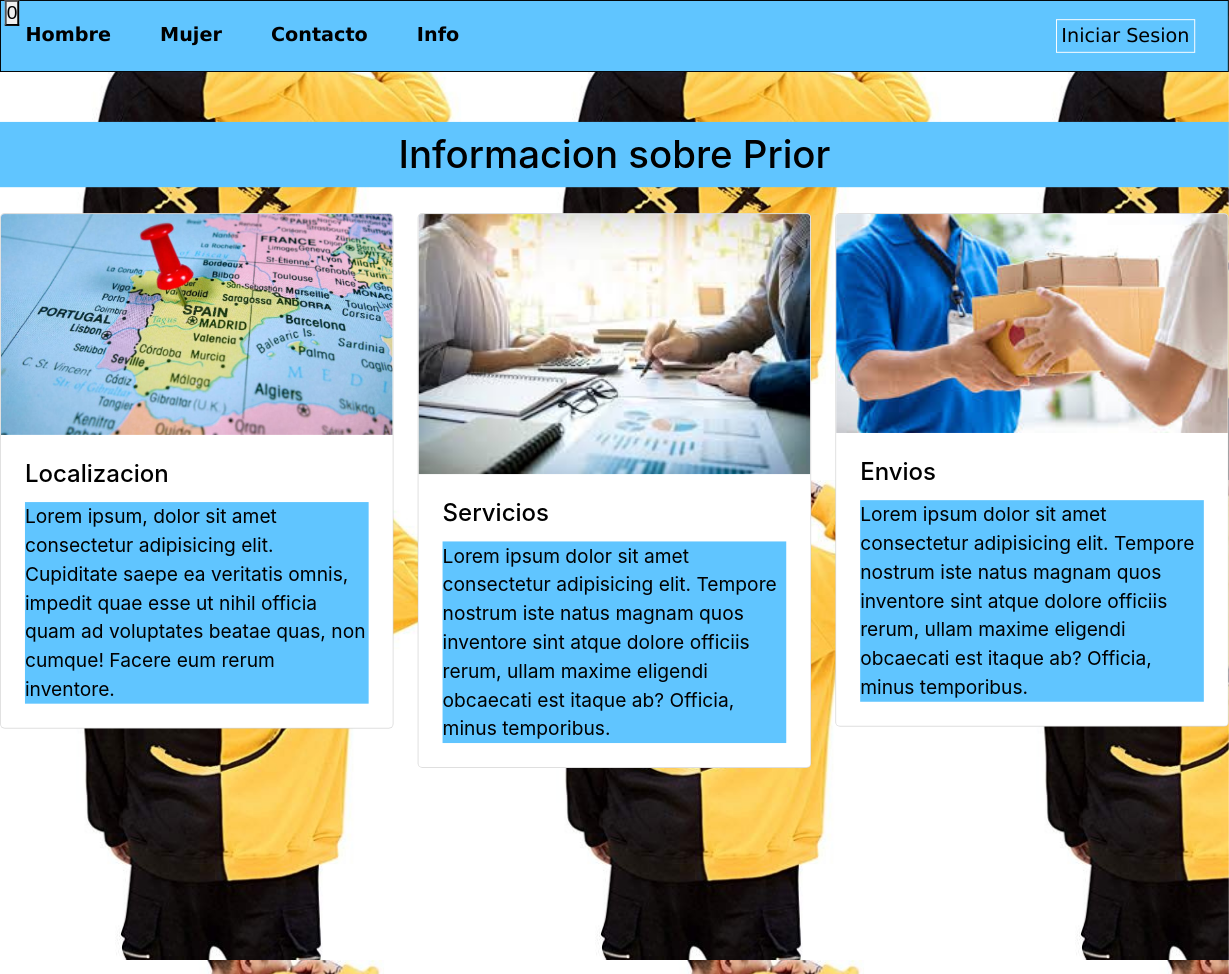
Repository: danilugones10/Proyecto
Page: info.html
The author's editor kept a copy of each file at every save. The page is drawn from the files as they stood at one save, then again after the next save.
The browser window is 1280 px wide. The pictures show the whole page, at 96% of full size.

Above is the page before, as saved 2021-03-08 19:06:58.

### info.html
<!DOCTYPE html>
<html lang="en">
<head>
    <meta charset="UTF-8">
    <meta name="viewport" content="width=device-width, initial-scale=1.0">
    <title>Document</title>
    <link rel="stylesheet" href="bootstrap-4.6.0-dist/css/bootstrap.min.css">
    <link rel="stylesheet" href="css/normalize.css">
    <link rel="stylesheet" href="css/style.css">
</head>
<body class="body">
    <header class="header">

    </header>

    <main class="main">
        <h1 class="color claro">Informacion sobre Prior</h1>
        <div class="card-columns">
            <div class="card">
              <img src="css/img/mapa.jpg" class="card-img-top" alt="...">
              <div class="card-body">
                <h5 class="card-title">Localizacion</h5>
                <p class="card-text">Lorem ipsum, dolor sit amet consectetur adipisicing elit. Cupiditate saepe ea veritatis omnis, impedit quae esse ut nihil officia quam ad voluptates beatae quas, non cumque! Facere eum rerum inventore.</p>
              </div>
            </div>
            <div class="card">
                <img src="css/img/servicios.jpg" class="card-img-top" alt="...">
                <div class="card-body">
                  <h5 class="card-title">Servicios</h5>
                  <p class="card-text">Lorem ipsum dolor sit amet consectetur adipisicing elit. Tempore nostrum iste natus magnam quos inventore sint atque dolore officiis rerum, ullam maxime eligendi obcaecati est itaque ab? Officia, minus temporibus.</p>
                </div>
              </div>
              <div class="card">
                <img src="css/img/envios.jpg" class="card-img-top" alt="...">
                <div class="card-body">
                  <h5 class="card-title">Envios</h5>
                  <p class="card-text">Lorem ipsum dolor sit amet consectetur adipisicing elit. Tempore nostrum iste natus magnam quos inventore sint atque dolore officiis rerum, ullam maxime eligendi obcaecati est itaque ab? Officia, minus temporibus.</p>
                </div>
              </div>
        </div>
    </main>

    <script src="js/menu.js"></script>
    <script src="js/oscuro.js"></script>
</body>
</html>

### css/style.css
:root {
  --base: #60c5ff;
  --texto: #000000;
  --nav: #ffffff;
}

.modoOscuro {
  --base: #093f5f;
  --texto: #ffffff;
  --nav: #000000;
}

.header {
  grid-column: 1/2;
  grid-row: 1/2;
  background-color: var(--nav);
  color: var(--texto);
  height: 75px;
}

.menu {
  height: 75px;
  border: 1px solid;
}

.menu__list {
  list-style: none;
  display: flex;
}

.menu__item {
  padding-top: 20px;
  padding-bottom: 23px;
  padding-right: 2%;
  padding-left: 2%;
  font-family: "Lucida Sans", "Lucida Sans Regular", "Lucida Grande", "Lucida Sans Unicode", Geneva, Verdana, sans-serif;
  font-weight: bold;
}

#oscuro {
  margin-left: 5px;
}

a {
  text-decoration: none;
  color: var(--texto);
}

.busqueda {
  display: none;
  position: absolute;
  width: 20%;
  right: 185px;
  top: 25px;
  height: 25px;
  border-radius: 10px;
  outline: none;
}

.inicio {
  position: absolute;
  top: 20px;
  right: 35px;
  background-color: var(--base);
  border: 1px solid white;
  padding: 5px;
  font-family: "Lucida Sans", "Lucida Sans Regular", "Lucida Grande", "Lucida Sans Unicode", Geneva, Verdana, sans-serif;
}
.inicio a {
  text-decoration: none;
}

.hamburguesa {
  position: absolute;
  top: 25px;
  right: 5px;
  cursor: pointer;
  display: none;
}

.inicio:hover {
  background-color: #A3E4D7;
}
.inicio:hover a {
  color: black;
}

.menu__item:hover {
  background-color: var(--base);
  color: var(--texto);
}
.menu__item:hover a {
  color: black;
}

@media (max-width: 767px) {
  .menu {
    background-color: var(--nav);
    height: 75px;
  }

  .menu__list {
    list-style: none;
    display: inline-block;
  }

  .menu__item {
    padding-top: 19px;
    padding-bottom: 20px;
    padding-right: 2%;
    padding-left: 2%;
    font-family: "Lucida Sans", "Lucida Sans Regular", "Lucida Grande", "Lucida Sans Unicode", Geneva, Verdana, sans-serif;
    visibility: hidden;
  }

  .menu__item:hover {
    width: 100px;
  }

  .busqueda {
    display: block;
    position: absolute;
    width: 35%;
    right: 200px;
    top: 25px;
    height: 25px;
    border-radius: 20px;
  }

  .inicio {
    position: absolute;
    top: 20px;
    right: 35px;
    border: 1px solid white;
    padding: 5px;
    font-family: "Lucida Sans", "Lucida Sans Regular", "Lucida Grande", "Lucida Sans Unicode", Geneva, Verdana, sans-serif;
  }
  .inicio a {
    text-decoration: none;
  }

  .hamburguesa {
    position: absolute;
    top: 25px;
    right: 5px;
    cursor: pointer;
    display: block;
  }

  .inicio:hover {
    background-color: #A3E4D7;
    color: black;
  }

  .menu__item:hover {
    background-color: var(--base);
    color: var(--texto);
  }
}
.main {
  grid-column: 1/2;
  grid-row: 2/3;
}

.section1 {
  display: flex;
  flex-flow: wrap;
  justify-content: space-around;
  width: 100%;
}
.section1 .section1-titulo {
  width: 400px;
  height: 400px;
  text-align: center;
}
.section1 .section1-titulo .section1-titulo__fondo .section1-titulo__h1 {
  font-size: 70px;
  font-family: "Courier New", Courier, monospace;
}
.section1 .section1-titulo .prior-img {
  opacity: 95%;
  width: 200px;
  height: 200px;
  border: 1px solid;
  transition: 1s;
}
.section1 .section1-titulo .prior-img:hover {
  transform: scale(1.3);
}
.section1 .section1-img {
  width: 460px;
  height: 400px;
  text-align: center;
  padding-top: 25px;
  margin-top: 20px;
}
.section1 .section1-img img {
  width: 400px;
  height: 350px;
  transition: 1s;
}
.section1 .section1-img img:hover {
  transform: scale(1.1);
}

.section2 {
  width: 100%;
  display: flex;
  justify-content: center;
  padding-top: 50px;
  color: white;
}
.section2 .section2-prior {
  border: 1px solid;
  width: 70%;
}

.section3 {
  width: 100%;
  display: flex;
  flex-wrap: wrap;
  color: white;
}
.section3 .section3-h1 {
  width: 100%;
  text-align: center;
}
.section3 .section3-imagenes {
  display: flex;
  flex-wrap: wrap;
  justify-content: space-around;
  width: 100%;
  text-align: center;
}
.section3 .section3-imagenes .section3-imagenes__contenedor {
  position: relative;
  border: 1px solid;
  padding-top: 5px;
  width: 250px;
  height: 230px;
}
.section3 .section3-imagenes .section3-imagenes__contenedor button {
  display: none;
}
.section3 .section3-imagenes .section3-imagenes__contenedor h3 {
  font-size: 20px;
}
.section3 .section3-imagenes .section3-imagenes__contenedor:hover .fondo {
  position: absolute;
  top: 0;
  left: 0;
  width: 100%;
  height: 100%;
  background-color: rgba(0, 0, 0, 0.6);
  z-index: 100;
}
.section3 .section3-imagenes .section3-imagenes__contenedor:hover button {
  display: inline;
  position: absolute;
  top: 40%;
  left: 30%;
}

.section4 {
  width: 100%;
  margin-top: 5px;
}
.section4 h1 {
  color: white;
  text-align: center;
}
.section4 .contenedor {
  margin: auto;
  margin-bottom: 20px;
  width: 400px;
  height: 350px;
  background-color: aquamarine;
  z-index: 100;
  position: relative;
  border: 1px solid;
}
.section4 .contenedor img {
  width: 100vw;
}
.section4 .contenedor .texto {
  background-color: var(--base);
  opacity: 75%;
  margin-top: -90px;
}
.section4 .contenedor .texto #nombreImagen {
  color: white;
  margin-left: 15px;
}
.section4 .contenedor .texto #precio {
  color: white;
  padding-top: 10px;
  margin-left: 15px;
}
.section4 .contenedor .texto #precio span {
  text-decoration: line-through;
}
.section4 .contenedor #flecha1 {
  content: "";
  position: absolute;
  border-right: 2vw solid gray;
  border-bottom: 2vw solid transparent;
  border-top: 2vw solid transparent;
  bottom: 45%;
  left: 0;
  cursor: pointer;
}
.section4 .contenedor #flecha2 {
  content: "";
  position: absolute;
  border-left: 2vw solid gray;
  border-bottom: 2vw solid transparent;
  border-top: 2vw solid transparent;
  bottom: 45%;
  right: 0;
  cursor: pointer;
}

.footer {
  grid-column: 1/2;
  grid-row: 3/4;
  color: var(--texto);
  background-color: var(--nav);
  border: 1px solid var(--base);
  height: 200px;
}

.grupo {
  display: flex;
}

.colum {
  text-align: center;
  width: 33.3%;
  height: 120px;
}

.colum h3 {
  margin-bottom: 0px;
  font-family: "Courier New", Courier, monospace;
}

.colum div {
  margin-top: 3px;
  font-size: 16px;
  font-family: "Times New Roman", Times, serif;
}

.fin {
  width: 100%;
}

.fin div {
  font-size: 16px;
  text-align: center;
}

.fin div span {
  position: absolute;
  right: 10px;
  font-size: 16px;
}

@media (max-width: 767px) {
  .fin {
    padding-top: 10px;
  }
}
.card_width {
  min-width: 400px;
  max-width: 33%;
}

.main p {
  color: var(--texto);
}
.main h5 {
  color: var(--texto);
}
.main .entrega {
  width: 70%;
  margin: auto;
}
.main .entrega p {
  padding: 10px;
  border-radius: 20px;
  border: 2px solid;
}
.main .pagos {
  width: 30%;
  min-width: 300px;
  margin: auto;
  border-radius: 20px;
  border: 2px solid;
  color: var(--texto);
  background-color: var(--base);
}
.main .pagos ul {
  list-style: none;
}
.main .pagos ul li {
  padding: 10px;
}

h1 {
  background-color: var(--base);
  color: var(--texto);
  padding: 10px;
  text-align: center;
}

p {
  color: var(--texto);
  background-color: var(--base);
}

.cuadro {
  display: flex;
  justify-content: space-around;
  flex-wrap: wrap;
}

.cajita {
  color: var(--texto);
  background-color: var(--base);
  min-width: 450px;
  height: 300px;
  margin-bottom: 10px;
}

.accordion .card {
  color: var(--texto);
  background-color: var(--base);
}
.accordion .card .card-body {
  background-color: rgba(0, 0, 0, 0.3);
}
.accordion .card button {
  color: var(--texto);
}

.contacto-form {
  height: 350px;
  margin: auto;
  width: 75%;
  color: var(--texto);
  background-color: var(--base);
}
.contacto-form fieldset {
  border: 1px solid;
}

.tabla {
  text-align: center;
  width: 90%;
  background-color: var(--base);
  margin: auto;
  margin-bottom: 10px;
}

th {
  color: var(--texto);
}

td {
  color: var(--texto);
}

.carrouselMujer {
  max-width: 500px;
  margin: auto;
  border: 1px solid;
}

.carousel-control-prev-icon {
  background-color: black;
}

.carousel-control-next-icon {
  background-color: black;
}

* {
  margin: 0;
  padding: 0;
  font-size: 20px;
}
* h1 {
  color: var(--texto);
}
* h5 {
  color: var(--texto);
}
* p {
  color: var(--texto);
}

body {
  display: grid;
  grid-template-columns: 100%;
  grid-template-rows: 100px auto 200px;
  background-image: url(img/sudadera_fondo.jpg);
}

#oscuro {
  position: absolute;
  top: 0;
  left: 0;
}

.color__claro {
  background-color: var(--base);
  color: var(--texto);
}

@media (max-width: 767px) {
  body {
    grid-template-rows: 350px auto 200px;
  }

  .main {
    margin-top: -250px;
  }
}

/*# sourceMappingURL=style.css.map */

### js/menu.js
const header=document.querySelector('.header');
const nav=document.createElement('nav');
nav.className="menu color__claro";
const ul=document.createElement('ul');
ul.className="menu__list";
const fragment=document.createDocumentFragment();

const bot=document.createElement('button');
bot.id="oscuro";
bot.textContent="0";
nav.appendChild(bot);

const li=document.createElement('li');
li.className="menu__item";
const a=document.createElement('a');
a.href="hombre.html";
a.textContent="Hombre";
li.appendChild(a)
fragment.appendChild(li);

const li2=document.createElement('li');
li2.textContent="Mujer";
li2.className="menu__item";
fragment.appendChild(li2);

const li3=document.createElement('li');
li3.textContent="Contacto";
li3.className="menu__item";
fragment.appendChild(li3);

const li4=document.createElement('li');
li4.className="menu__item";
const a4=document.createElement('a');
a4.href="info.html";
a4.textContent="Info";
li4.appendChild(a4)
fragment.appendChild(li4);

const li5=document.createElement('input');
li5.setAttribute('placeholder', '   buscar');
li5.className="busqueda";
li5.id="busqueda";
fragment.appendChild(li5);

const li6=document.createElement('li');
const button6=document.createElement('button');
button6.className="inicio";
const a6=document.createElement('a');
a6.href="formulario.html";
a6.textContent="Iniciar Sesion";
button6.appendChild(a6);
li6.appendChild(button6);
fragment.appendChild(button6);

const hamb=document.createElement('label');
hamb.innerHTML="<span>&#9776;</span>";
hamb.className="hamburguesa";
fragment.appendChild(hamb);

ul.appendChild(fragment);
nav.appendChild(ul);
header.appendChild(nav);

const hamburguesa=document.querySelector('.hamburguesa');
const menu=document.querySelector('.menu');
const main=document.querySelector('.main');

    hamburguesa.addEventListener('click', ()=>{

        if(window.innerWidth<767){

            if( menu.style.height==="75px"){
                menu.style.height="100%";
                main.style.marginTop="0px";
                li.style.visibility="visible";
                li2.style.visibility="visible";
                li3.style.visibility="visible";
                li4.style.visibility="visible";
            }
            else{
                menu.style.height="75px";
                main.style.marginTop="-200px";
                li.style.visibility="hidden";
                li2.style.visibility="hidden";
                li3.style.visibility="hidden";
                li4.style.visibility="hidden";

            }
        }
    })

    window.addEventListener("resize",() => {
        if (this.window.innerWidth>767) {
            main.style.marginTop="0px";
            li.style.visibility="visible";
            li2.style.visibility="visible";
            li3.style.visibility="visible";
            li4.style.visibility="visible";
        }
        else{
            menu.style.height="75px";
            main.style.marginTop="-200px";
            li.style.visibility="hidden";
            li2.style.visibility="hidden";
            li3.style.visibility="hidden";
            li4.style.visibility="hidden";
        }
     })

### js/oscuro.js
const botonOscuro=document.getElementById('oscuro');
const menus=document.querySelector('.menu');
const section1Titulo=document.querySelector('.section1-titulo__fondo');
const section1Img=document.querySelector('.section1-img');
const section2Prior=document.querySelector('.section2-prior');
const section3H1=document.querySelector('.section3-h1-color');
const section3Conte=document.querySelectorAll('.section3-imagenes__contenedor');
const section4H1=document.querySelector('.section4-h1');
const footer=document.querySelector('.footer');
const h1Info=document.querySelectorAll('.h1');
const cardInfo=document.querySelectorAll('.card');


botonOscuro.addEventListener("click", ()=>{
    if (menus.className=="menu color__claro") {
        menus.className="menu color__oscuro"
        section1Titulo.className="section1-titulo__fondo color__oscuro"
        section1Img.className="section1-img color__oscuro"
        section2Prior.className="section2-prior color__oscuro"
        section3H1.className="section3-h1-color color__oscuro"
        section4H1.className="section4-h1 color__oscuro"
        footer.className="footer color__oscuro"
        for (let index = 0; index < section3Conte.length; index++) {
            const element = section3Conte[index];
            element.className="section3-imagenes__contenedor color__oscuro"
        }

    }
    else{
        menus.className="menu color__claro"
        section1Titulo.className="section1-titulo__fondo color__claro"
        section1Img.className="section1-img color__claro"
        section2Prior.className="section2-prior color__claro"
        section3H1.className="section3-h1-color color__claro"
        section4H1.className="section4-h1 color__claro"
        footer.className="footer color__claro"
        for (let index = 0; index < section3Conte.length; index++) {
            const element = section3Conte[index];
            element.className="section3-imagenes__contenedor color__claro"
        }

    }
})

Loaded but not shown: bootstrap-4.6.0-dist/css/bootstrap.min.css (library); css/normalize.css (library)

After the next save:
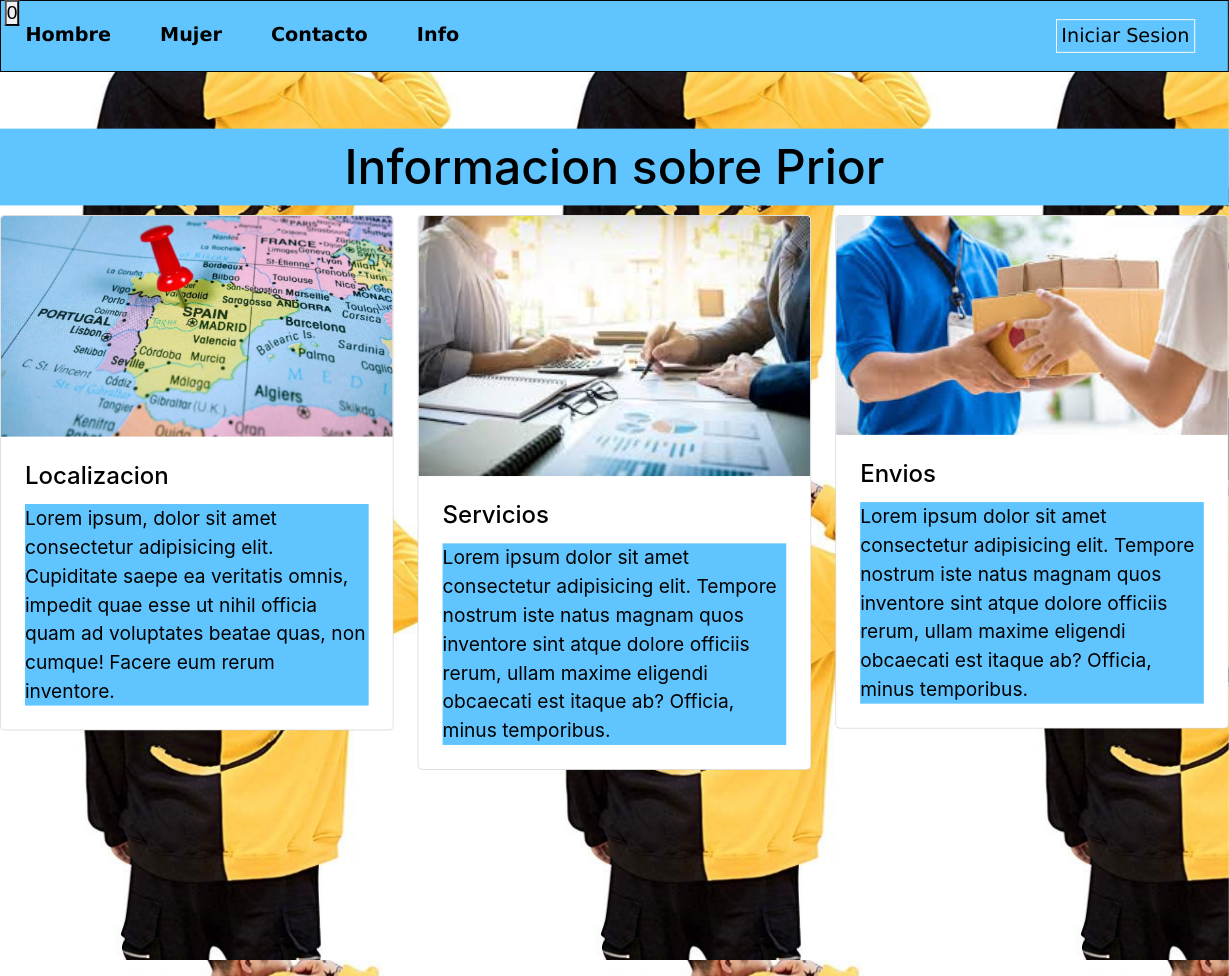
Saved 8 s later.
--- a/info.html
+++ b/info.html
@@ -14,7 +14,7 @@
     </header>
 
     <main class="main">
-        <h1 class="color claro">Informacion sobre Prior</h1>
+        <h1 class="h1 color__claro">Informacion sobre Prior</h1>
         <div class="card-columns">
             <div class="card">
               <img src="css/img/mapa.jpg" class="card-img-top" alt="...">
